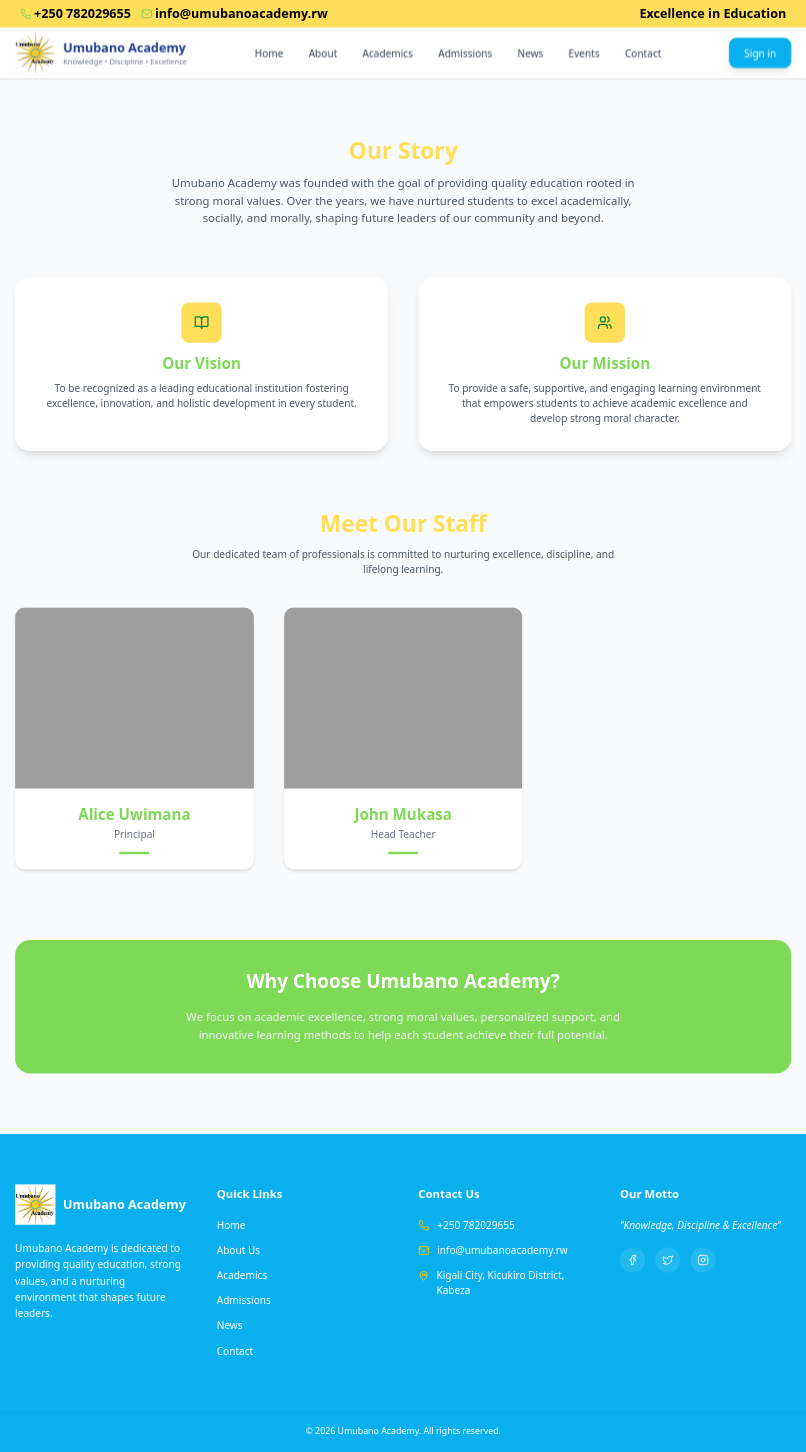
Repository: Umubano-Academy/umubano-academy-website
Page: /aboutus
The author's editor kept a copy of each file at every save. The page is drawn from the files as they stood at one save, then again after the next save.
The browser window is 1280 px wide. The pictures show the whole page, at 63% of full size.
Pictures or frames that could not be fetched are drawn as grey boxes. The project was rebuilt for these pictures with package versions that can differ from the ones it lists, and the page was loaded fresh each time. Also part of the build but not shown: vite.config.js, src/components/guest/Hero.jsx, src/components/guest/Event.jsx, src/components/guest/News.jsx, src/components/guest/Contact.jsx, src/components/guest/Home.jsx, src/components/guest/Admission.jsx, src/components/guest/Academic.jsx and 7 more.

Above is the page before, as saved 2026-01-13 19:39:28.

After the next save:
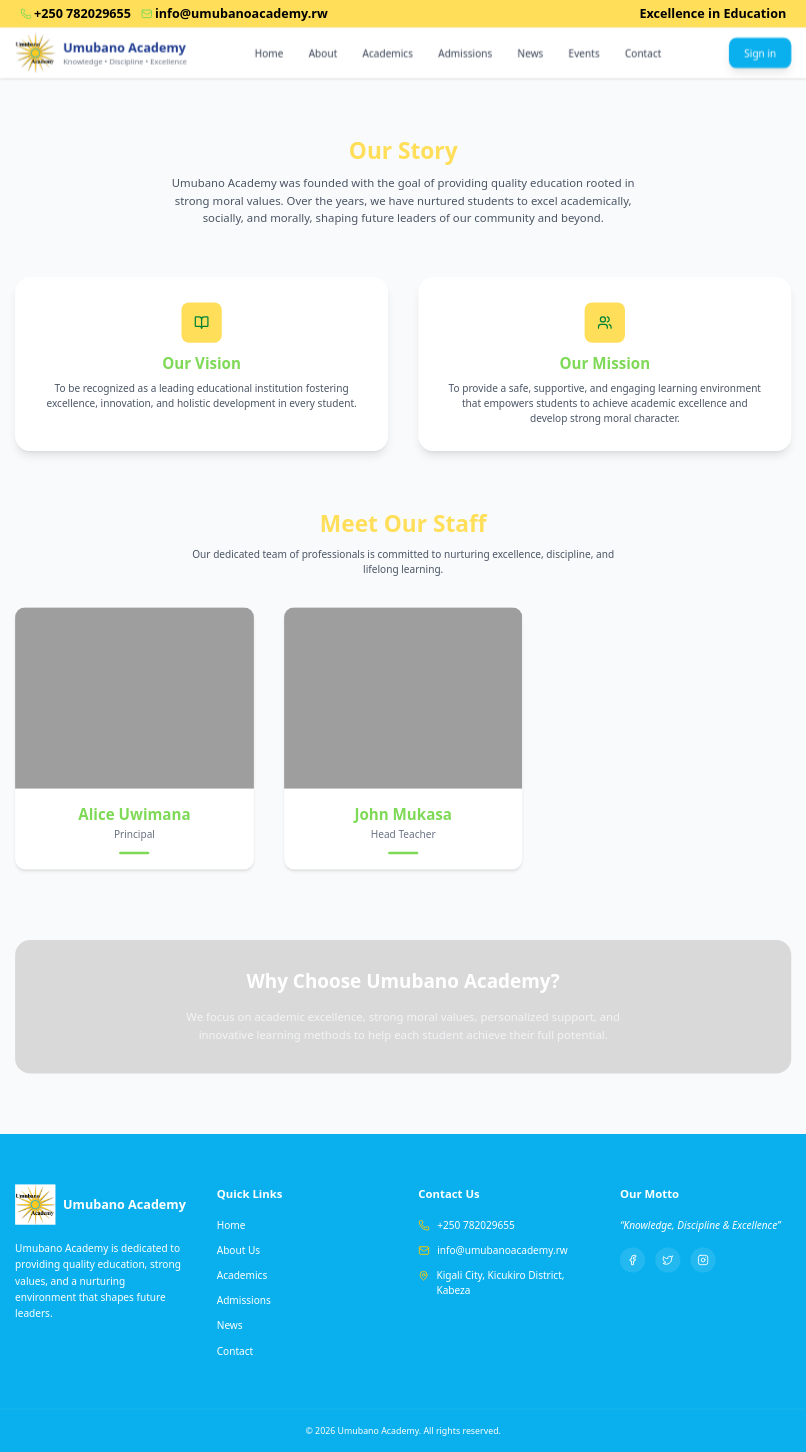
Saved 53 s later.
--- a/src/components/guest/About.jsx
+++ b/src/components/guest/About.jsx
@@ -132,7 +132,7 @@ function About() {
           whileInView={{ opacity: 1, y: 0 }}
           viewport={{ once: true }}
           transition={{ duration: 0.6 }}
-          className="bg-[#7ED956] text-white rounded-3xl p-12 text-center"
+          className="bg-[#D9D9D9] text-white rounded-3xl p-12 text-center"
         >
           <h3 className="text-3xl font-bold mb-6">
             Why Choose Umubano Academy?
